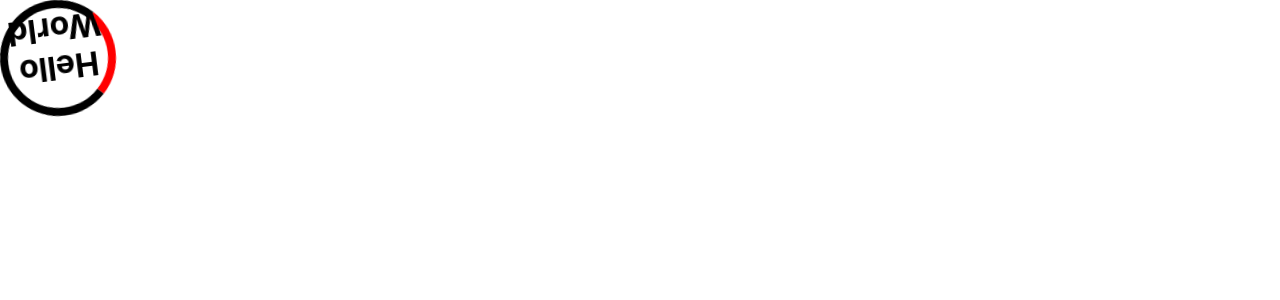
Repository: DeepikaSuretek/React
Page: / (app in practice-app/)
The author's editor kept a copy of each file at every save. The page is drawn from the files as they stood at one save, then again after the next save.
The browser window is 1280 px wide. The pictures show the whole page.
The project was rebuilt for these pictures with package versions that can differ from the ones it lists, and the page was loaded fresh each time.

Above is the page before, as saved 2024-07-08 17:39:56.

After the next save:
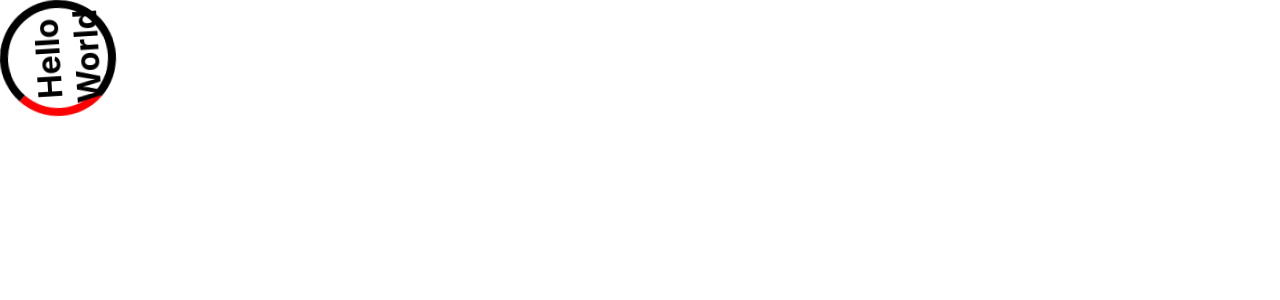
Saved 5 s later.
--- a/practice-app/src/App.css
+++ b/practice-app/src/App.css
@@ -43,5 +43,5 @@
   border: 8px solid;
   border-color: black black black red;
   border-radius: 50%;
-  animation: App-logo-spin 1s linear infinite;
+  animation: App-logo-spin 2s linear infinite;
 }
